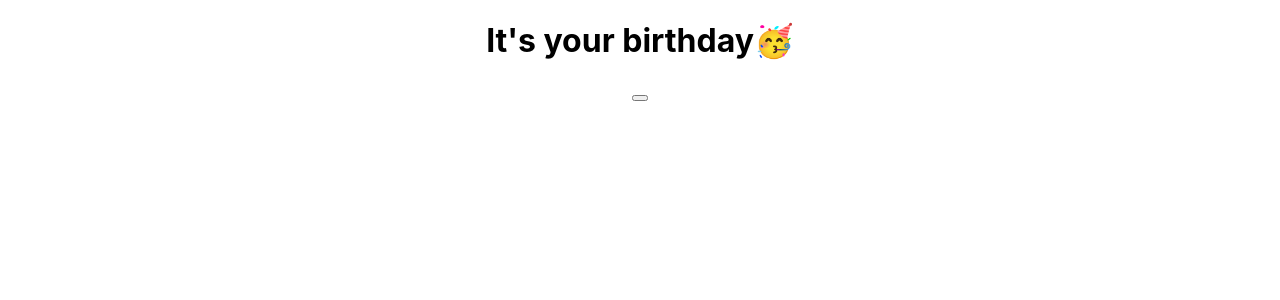
Repository: David-Waite/HannahsBirthdayWebsite
Page: /
These files come from the project's save history. The page is drawn as it stood at one moment and after the next save; the edit follows.
The browser window is 1280 px wide. The pictures show the whole page.
The project was rebuilt for these pictures with package versions that can differ from the ones it lists, and the page was loaded fresh each time.

Above is the page before, as saved 2023-03-30 16:58:12.

### src/App.js
import "./App.css";

import Confetti from "react-confetti";
import { useState } from "react";

function App() {
  const [confetti, setConfetti] = useState(false);

  function rainConfetti() {
    setConfetti(true);
  }
  return (
    <div className="App">
      {confetti && <Confetti />}
      <h1>It's your birthday🥳</h1>
      <button onClick={rainConfetti}></button>
    </div>
  );
}

export default App;

Loaded but not shown: public/index.html (common file); src/index.js (common file); src/index.css (common file); src/reportWebVitals.js (common file); src/App.css (common file)

After the next save:
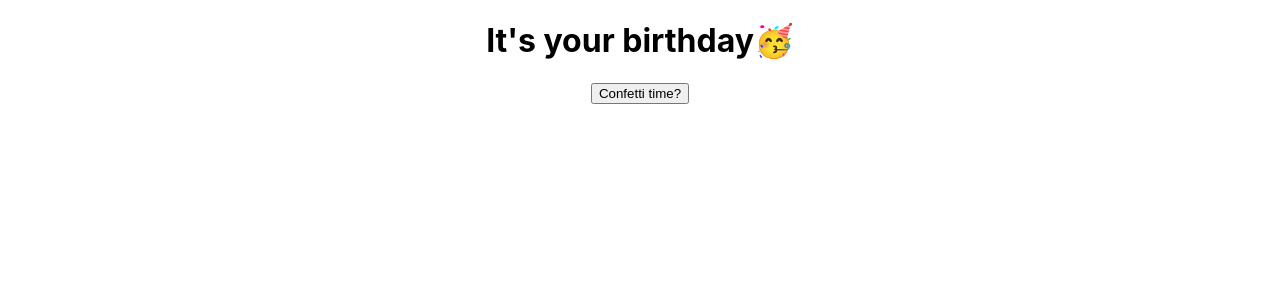
Saved 21 s later.
--- a/src/App.js
+++ b/src/App.js
@@ -13,7 +13,7 @@ function App() {
     <div className="App">
       {confetti && <Confetti />}
       <h1>It's your birthday🥳</h1>
-      <button onClick={rainConfetti}></button>
+      <button onClick={rainConfetti}>Confetti time?</button>
     </div>
   );
 }
